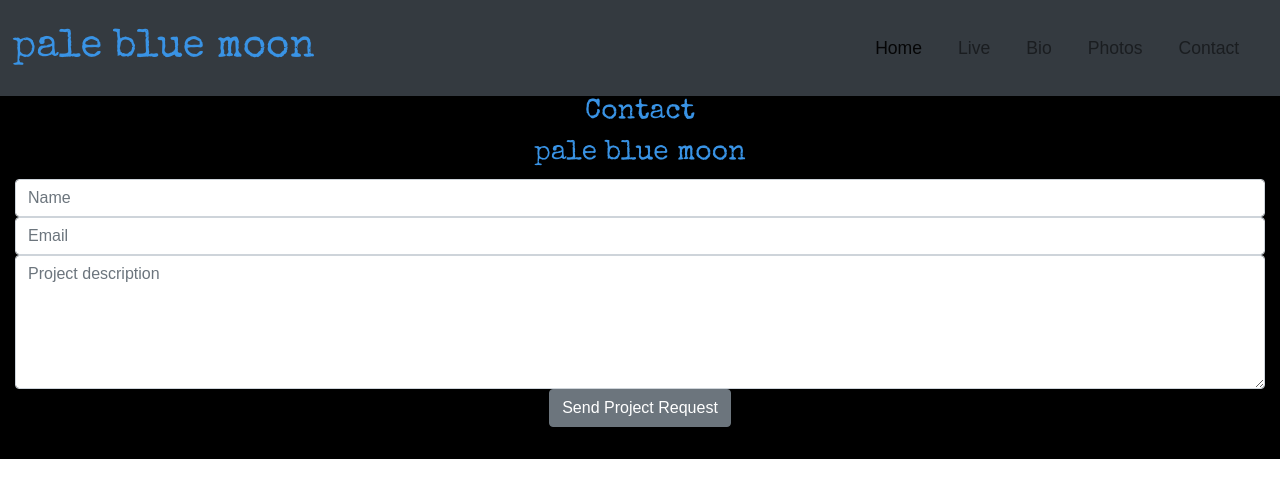
Repository: Skillabill/pale_blue_moon
Page: contact.html
The author's editor kept a record of every edit. The page is drawn from the files as they stood at one moment, then again after the next edit.
The browser window is 1280 px wide. The pictures show the whole page.
Some web fonts or font styles are not loaded; a fallback is used. Some web libraries are served in a nearby version.

Above is the page before.
Console error: ReferenceError: emailjs is not defined

After the next edit:
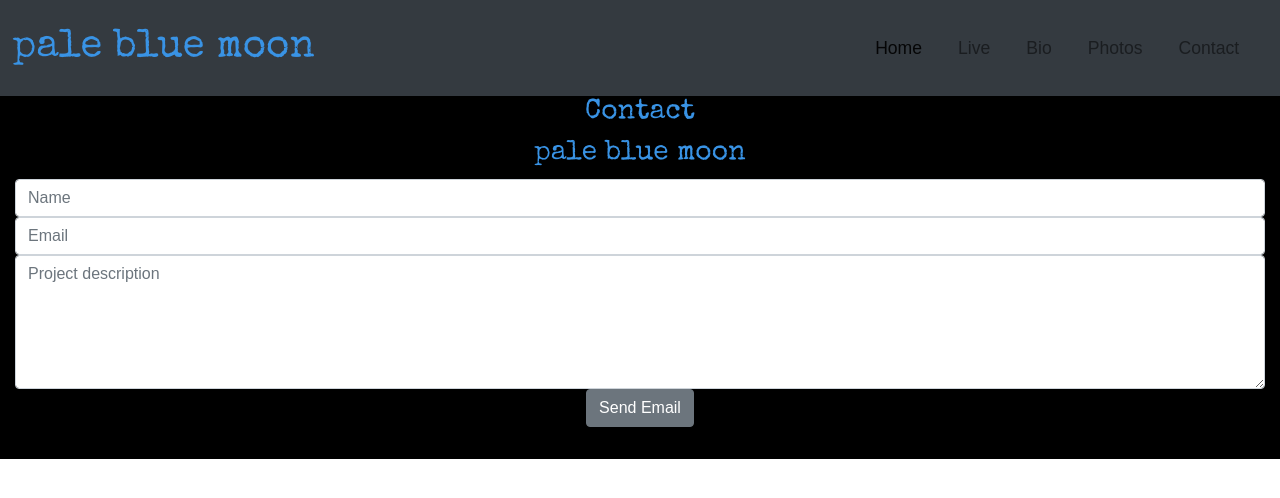
The edit:
--- a/contact.html
+++ b/contact.html
@@ -69,7 +69,7 @@
                         <textarea rows="5" name="projectsummary" id="projectsummary" class="form-control" placeholder="Project description" required></textarea>
                         <div class="form-row text-center">
                             <div class="col">
-                                <button type="submit" class="btn btn-secondary">Send Project Request</button>
+                                <button type="submit" class="btn btn-secondary">Send Email</button>
                             </div>
                         </div>
                     </form>
